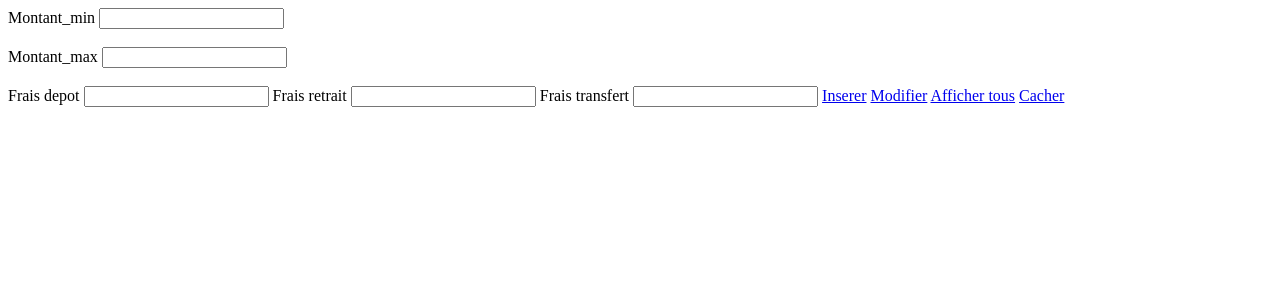
Repository: mitantsoa1/cash
Page: http://localhost/Views/Back/frais.php
An editor plug-in stored every save of this project. The page is shown before and after the next save, followed by the edit.
The browser window is 1280 px wide. The pictures show the whole page.
The page is run by PHP 8.4 with error messages shown; the project is at /var/www/html/.

Above is the page before, as saved 2021-01-18 12:27:19.
Console error: SyntaxError: Unexpected token '<'

### Views/Back/frais.php
<!DOCTYPE html>
<html lang="en">
<head>
    <meta charset="UTF-8">
    <meta name="viewport" content="width=device-width, initial-scale=1.0">
    <title>Document</title>
    <!-- <link rel="stylesheet" href="Publics/css/frais.css"> -->
</head>
<body>
<div class="container loginBox">
	<div class="row">
		<div class="gauche">
			<!-- <form class="form-group" id="form_compte">
			<input type="hidden" id="id_frais">



				<div class="userBox">
					<input type="tel" name="montant_min" id="montant_min" required><br><br>
					<label>Montant_min</label>
				</div>

				<div class="userBox">
					<input type="tel" name="montant_max" id="montant_max" required><br><br>
					<label>Montant_max</label>
				</div>

				<div class="userBox">
					<input type="tel" class="frD" name="frais_d" id="frais_d" required>
					<label>Frais depot</label>
				</div>

				<div class="userBox">
					<input type="tel" class="frR" name="frais_r" id="frais_r" required>
					<label>Frais retrait</label>
				</div>

				<div class="userBox">
					<input type="tel" class="frT" name="frais_t" id="frais_t" required>
					<label>Frais transfert</label>
				</div>

			<a href="#" id="btn_frais"><span></span><span></span><span></span><span></span> Inserer</a>
			<a href="#" id="btn_frais_modifier" class="hide"><span></span><span></span><span></span><span></span> Modifier</a>
			<a href="#" id="btn_frais_afficher"><span></span><span></span><span></span><span></span> Afficher tous</a>
			<a href="#" id="btn_frais_cacher" class="hide"><span></span><span></span><span></span><span></span> Cacher </a>
		</form> -->
		<form class="form-group" id="form_compte">
			<input type="hidden" id="id_frais">
<label>Montant_min</label>
					<input type="tel" name="montant_min" id="montant_min" class="form-control " required><br><br>

				<label>Montant_max</label>

					<input type="tel" name="montant_max" id="montant_max"  class="form-control " required><br><br>
				<label>Frais depot</label>
					<input type="tel" class="frD" name="frais_d" id="frais_d"  class="form-control " required>

				<label>Frais retrait</label>
					<input type="tel" class="frR" name="frais_r" id="frais_r"  class="form-control " required>

				<label>Frais transfert</label>
					<input type="tel" class="frT" name="frais_t" id="frais_t"  class="form-control " required>



			<a href="#" id="btn_frais"><span></span><span></span><span></span><span></span> Inserer</a>
			<a href="#" id="btn_frais_modifier" class="hide"><span></span><span></span><span></span><span></span> Modifier</a>
			<a href="#" id="btn_frais_afficher"><span></span><span></span><span></span><span></span> Afficher tous</a>
			<a href="#" id="btn_frais_cacher" class="hide"><span></span><span></span><span></span><span></span> Cacher </a>
		</form>
		</div>
		<br><br><br>
		<div class="droite">
			<div class="frais_affichage">

			</div>
		</div>

	</div>

</div>

<script src="Publics/js/select.js"></script>
</body>
</html>

### index.php
<?php

require_once ("Controls/Controllers.class.php");
// require_once ("Models/Database.class.php");
// Database::init("localhost","stage","root","");

if(isset($_GET['action'])){
    if(method_exists("Controllers",$_GET['action'])){
        $reflect = new ReflectionMethod("Controllers",$_GET['action']);
        $class = "Controllers";
        $reflect -> invoke(new $class);
    }else{
        Controllers::frontLoadView("erreur.php");
    }
}else{
    Controllers::FrontLoadView("asc.php");
}

?>

### Controls/Controllers.class.php
<?php

    class Controllers{

        public static function BackLoadView($page){
            include("Views/Back/".$page);
        }
        public static function FrontLoadView($page){
            include("Views/Front/".$page);
        }
        public function logout(){
            self::BackLoadView("logOut.php");
        }
        // public function monCompte(){

        // }
        // public function inscrire(){
        //     if (isset($_POST['btnIndex'])){
        //         require_once('Models/Database.class.php');
        //         Database::init("localhost","cash","root","");
        //         $db = new Database();

        //         $username = htmlspecialchars(trim($_POST['username']));
        //         $password = htmlspecialchars(trim($_POST['password']));
        //         $operator = $_POST['selectOperator'];

        //         $tab = $db  ->selectSP()
        //                         ->from("solde")
        //                         ->where("username","=")
        //                         ->execute([$username]);
        //             if(count($tab)>0){
        //                 echo "Erreur ! le nom est déjà pris. Veillez choisir un autre.";
        //             }else{
        //                 $db->insert("solde")
        //                     ->parametters(["username","password","operator"])
        //                     ->execute([$username,$password,$operator]);
        //             }

        //     }
        // }
        // public function connecter(){
        //     require_once('Models/Database.class.php');
        //     Database::init("localhost","cash","root","");
        //         $db = new Database();
        //         self::loadView("indexViews.php");
        //     if (isset($_POST['btnIndex'])) {
        //         $username = htmlspecialchars(trim($_POST['username']));
        //         $password = htmlspecialchars(trim($_POST['password']));
        //         $operator = $_POST['selectOperateur'];
        //         $tab = $db  ->selectSP()
        //                     ->from("solde")
        //                     ->where("username","=")
        //                     ->et(["userpass","id_operator"], ["=","="])
        //                     ->execute([$username,$password,$operator]);

        //                     var_dump($tab);
        //         if(count($tab)>0){
        //             self::loadView("accueil.php");
        //         }else{
        //             self::loadView("erreur.php");
        //         }
        //     }

        // }

    }


?>

### Views/Front/erreur.php
<!DOCTYPE html>
<html lang="fr">
<head>
    <meta charset="UTF-8">
    <meta name="viewport" content="width=device-width, initial-scale=1.0">
    <title>Page invalide</title>
</head>
<body>
    <h1>ERROR 404</h1>

        <p>Cette page n'est pas disponible</p>
</body>
</html>

After the next save:
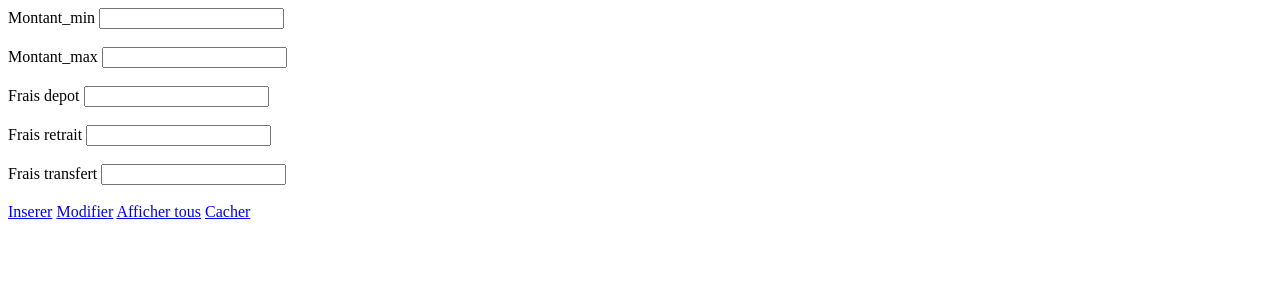
Saved 2 min 3 s later.
--- a/Views/Back/frais.php
+++ b/Views/Back/frais.php
@@ -54,13 +54,13 @@
 
 					<input type="tel" name="montant_max" id="montant_max"  class="form-control " required><br><br>
 				<label>Frais depot</label>
-					<input type="tel" class="frD" name="frais_d" id="frais_d"  class="form-control " required>
+					<input type="tel" class="frD" name="frais_d" id="frais_d"  class="form-control " required><br><br>
 
 				<label>Frais retrait</label>
-					<input type="tel" class="frR" name="frais_r" id="frais_r"  class="form-control " required>
+					<input type="tel" class="frR" name="frais_r" id="frais_r"  class="form-control " required><br><br>
 
 				<label>Frais transfert</label>
-					<input type="tel" class="frT" name="frais_t" id="frais_t"  class="form-control " required>
+					<input type="tel" class="frT" name="frais_t" id="frais_t"  class="form-control " required><br><br>
 
 
 
